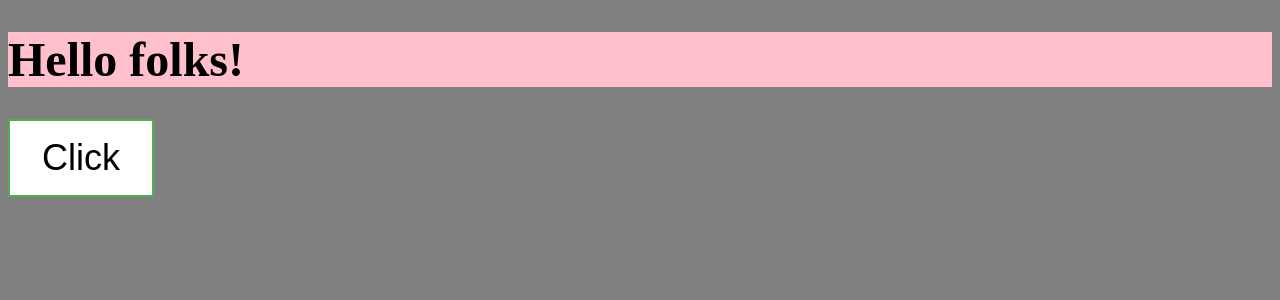
Repository: aakriti-tech/GlobalLogic
Page: Akki/WebContent/index.html
An editor plug-in stored every save of this project. The page is shown before and after the next save, followed by the edit.
The browser window is 1280 px wide. The pictures show the whole page.

Above is the page before, as saved 2022-08-01 06:49:30.

After the next save:
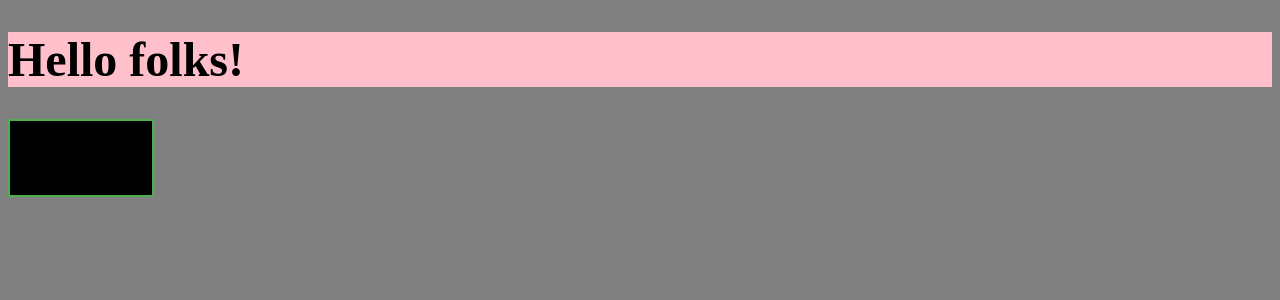
Saved 27 s later.
--- a/Akki/WebContent/index.html
+++ b/Akki/WebContent/index.html
@@ -10,7 +10,7 @@ h1{
 font-size:48px;
 }
 .button1 {
-  background-color: white;
+  background-color: black;
   color: black;
   border: 2px solid #4CAF50;
   font-size: 36px;
